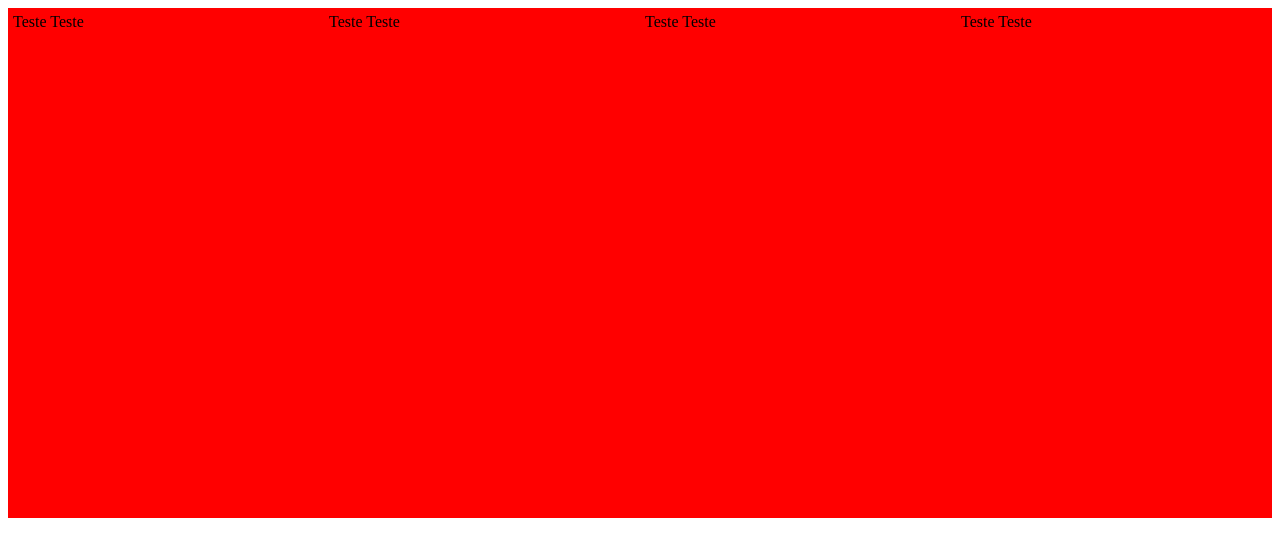
Repository: Leandromarim/Curso_Origamid
Page: index.html
An editor plug-in stored every save of this project. The page is shown before and after the next save, followed by the edit.
The browser window is 1280 px wide. The pictures show the whole page.

Above is the page before, as saved 2023-07-19 00:27:22.

After the next save:
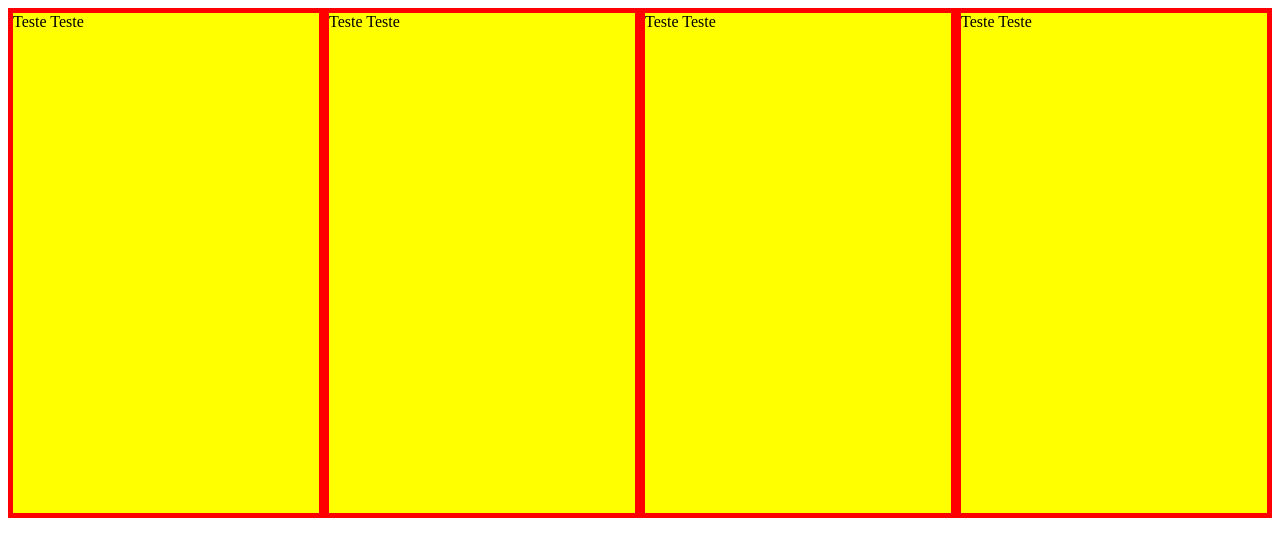
Saved 74 s later.
--- a/css/stylesheet.css
+++ b/css/stylesheet.css
@@ -11,4 +11,5 @@
     width: 500px;
     height: 500px;
     margin: 5px;
+    background-color: yellow
 }
